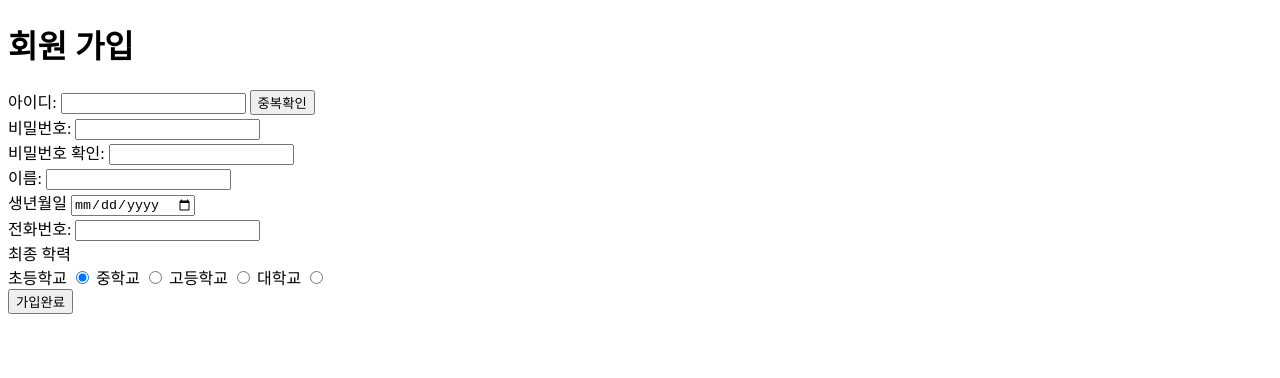
Repository: Chojaejun/javastudy
Page: HelloWorld/WebContent/Test2.html
The author's editor kept a copy of each file at every save. The page is drawn from the files as they stood at one save, then again after the next save.
The browser window is 1280 px wide. The pictures show the whole page.

Above is the page before, as saved 2020-12-07 00:55:06.

### HelloWorld/WebContent/Test2.html
<!DOCTYPE html>
<html>
<head>
<meta charset="UTF-8">
<title>Insert title here</title>
</head>
<body>
<h1>회원 가입</h1>
<form action="" method="post">
<label for="id">아이디: </label>
<input id="id" name="id"> <button>중복확인</button>
<br>
<label for="ps1">비밀번호: </label>
<input id="ps1" type="password" name="ps1">
<br>
<label for="ps2">비밀번호 확인: </label>
<input id="ps2" type="password" name="ps2">
<br>
<label for="name">이름: </label>
<input id="name" name="name">
<br>
<label for="birth">생년월일</label>
<input id="birth" type="date" name="birth">
<br>
<label for="tel">전화번호: </label>
<input id="tel" type="tel" name="tel">
<br>
<label>최종 학력</label>
<br>
<label for="es">초등학교</label>
<input id="es" type="radio" name="es" checked="checked">
<label for="ms">중학교</label>
<input id="ms" type="radio" name="ms">
<label for="hs">고등학교</label>
<input id="hs" type="radio" name="hs">
<label for="us">대학교</label>
<input id="us" type="radio" name="us">

<br>
<input type="submit" value="가입완료">







</form>

</body>
</html>

After the next save:
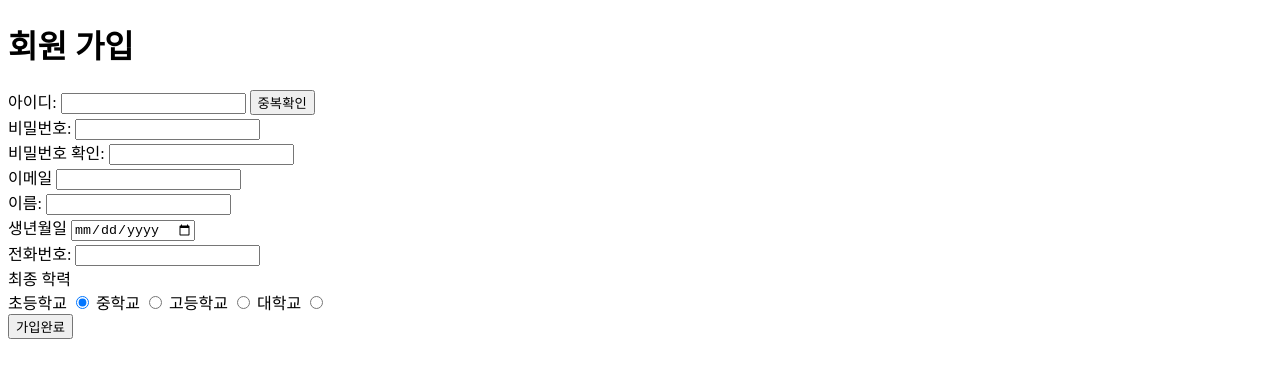
Saved 67 s later.
--- a/HelloWorld/WebContent/Test2.html
+++ b/HelloWorld/WebContent/Test2.html
@@ -15,6 +15,9 @@
 <br>
 <label for="ps2">비밀번호 확인: </label>
 <input id="ps2" type="password" name="ps2">
+<br>
+<label for="email">이메일</label>
+<input id="email" type="email" name="email">
 <br>
 <label for="name">이름: </label>
 <input id="name" name="name">
